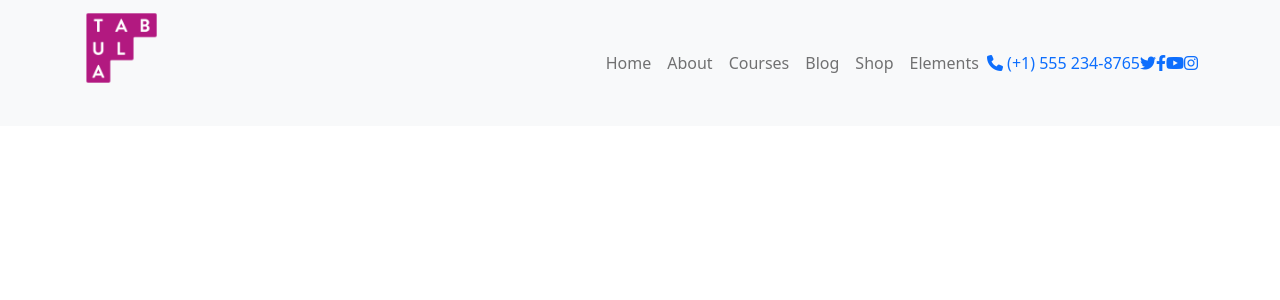
Repository: minhtrivu6199/tabula
Page: index.html
These files come from the project's save history. The page is drawn as it stood at one moment and after the next save; the edit follows.
The browser window is 1280 px wide. The pictures show the whole page.
Some web libraries are served in a nearby version. The style sheet was rebuilt from its Sass, Less or Tailwind sources for each picture, by a compiler version that may differ from the author's.

Above is the page before, as saved 2022-09-27 15:22:25.

### index.html
<!DOCTYPE html>
<html lang="en">
  <head>
    <title>Tabula</title>
    <link rel="shortcut icon" href="img/crest.png" type="image/x-icon" />
    <!-- Required meta tags -->
    <meta charset="utf-8" />
    <meta
      name="viewport"
      content="width=device-width, initial-scale=1, shrink-to-fit=no"
    />

    <!-- Font -->
    <link rel="preconnect" href="https://fonts.googleapis.com" />
    <link rel="preconnect" href="https://fonts.gstatic.com" crossorigin />
    <link
      href="https://fonts.googleapis.com/css2?family=Montserrat:wght@300;400;500;600;700&display=swap"
      rel="stylesheet"
    />

    <!-- Bootstrap CSS v5.2.0-beta1 -->
    <link
      rel="stylesheet"
      href="https://cdn.jsdelivr.net/npm/bootstrap@5.2.0/dist/css/bootstrap.min.css"
      integrity="sha384-gH2yIJqKdNHPEq0n4Mqa/HGKIhSkIHeL5AyhkYV8i59U5AR6csBvApHHNl/vI1Bx"
      crossorigin="anonymous"
    />

    <!-- FontAwesome 6.1.1 CSS -->
    <link
      rel="stylesheet"
      href="https://cdnjs.cloudflare.com/ajax/libs/font-awesome/6.1.1/css/all.min.css"
      integrity="sha512-KfkfwYDsLkIlwQp6LFnl8zNdLGxu9YAA1QvwINks4PhcElQSvqcyVLLD9aMhXd13uQjoXtEKNosOWaZqXgel0g=="
      crossorigin="anonymous"
      referrerpolicy="no-referrer"
    />

    <!-- CSS -->
    <link rel="stylesheet" href="./css/style.min.css" />
  </head>

  <body>
    <header class="header">
      <nav class="navbar navbar-expand-lg navbar-fixed-top bg-light">
        <div class="container">
          <div class="header-left">
            <a href="" class="navbar-brand logo">
              <img src="./img/crest.png" alt="" />
            </a>
          </div>
          <div class="header-right">
            <div class="header-menu d-xs-none">
              <ul class="navbar-nav menu">
                <li class="nav-item">
                  <a href="" class="nav-link"> Home </a>
                </li>
                <li class="nav-item">
                  <a href="" class="nav-link"> About </a>
                </li>
                <li class="nav-item">
                  <a href="" class="nav-link"> Courses </a>
                </li>
                <li class="nav-item">
                  <a href="" class="nav-link"> Blog </a>
                </li>
                <li class="nav-item">
                  <a href="" class="nav-link"> Shop </a>
                </li>
                <li class="nav-item">
                  <a href="" class="nav-link"> Elements </a>
                </li>
              </ul>
            </div>
            <div class="header-right-inner">
              <div class="header-btn">
                <a href="" class="btn-default btn-border btn-violet">
                  <span class="btnWidgetIcon">
                    <i class="fa fa-phone"></i>
                  </span>
                  <span class="btnWidgetText"> (+1) 555 234-8765 </span>
                </a>
              </div>
              <a href="" class="iconWidget">
                <div class="btnWidgetIcon">
                  <i class="fab fa-twitter"></i>
                </div>
              </a>
              <a href="" class="iconWidget">
                <div class="btnWidgetIcon">
                  <i class="fab fa-facebook-f"></i>
                </div>
              </a>
              <a href="" class="iconWidget">
                <div class="btnWidgetIcon">
                  <i class="fab fa-youtube"></i>
                </div>
              </a>
              <a href="" class="iconWidget">
                <div class="btnWidgetIcon">
                  <i class="fab fa-instagram"></i>
                </div>
              </a>
            </div>
          </div>
        </div>
      </nav>
    </header>
    <!-- Bootstrap JavaScript Libraries -->
    <script
      src="https://cdn.jsdelivr.net/npm/@popperjs/core@2.11.5/dist/umd/popper.min.js"
      integrity="sha384-Xe+8cL9oJa6tN/veChSP7q+mnSPaj5Bcu9mPX5F5xIGE0DVittaqT5lorf0EI7Vk"
      crossorigin="anonymous"
    ></script>

    <script
      src="https://cdn.jsdelivr.net/npm/bootstrap@5.2.0/dist/js/bootstrap.min.js"
      integrity="sha384-ODmDIVzN+pFdexxHEHFBQH3/9/vQ9uori45z4JjnFsRydbmQbmL5t1tQ0culUzyK"
      crossorigin="anonymous"
    ></script>
  </body>
</html>

### scss/style.scss
* {
    margin: 0;
    padding: 0;
    box-sizing: border-box;
}

a {
    text-decoration: none;
}

.header {
    .navbar{
        .container {
            justify-content: space-between;
            .header-left {
                .logo {
                    img {
                        width: 80px;
                        display: block;
                    }
                }
            }

            .header-right {
                display: flex;
                justify-content: space-between;
                .header-menu {
                    .menu {
                        .nav-items {
                            .nav-link {
                                padding-right: 50px !important;
                            }
                        }
                    }
                }

                .header-right-inner {
                    display: flex;
                    line-height: 38px;
                    align-items: center;
                    vertical-align: middle;
                    font-size: 16px;
                    .header-btn {

                    }

                    .iconWidget {

                    }
                }
            }
        }
    }
}

After the next save:
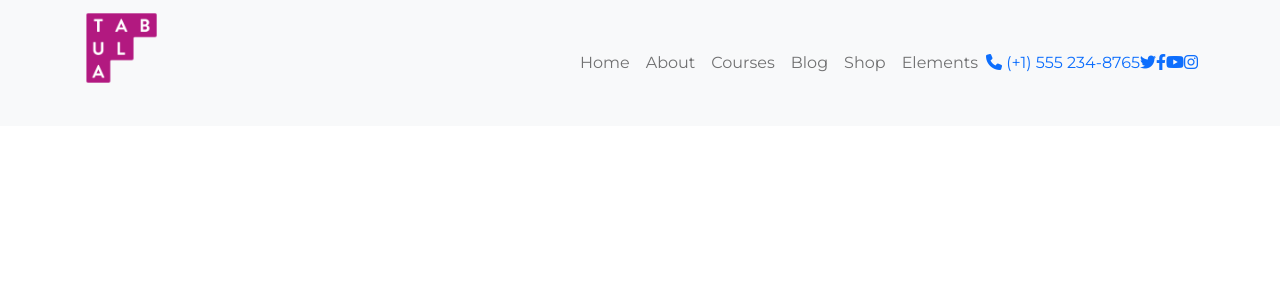
Saved 25 s later.
--- a/scss/style.scss
+++ b/scss/style.scss
@@ -2,6 +2,10 @@
     margin: 0;
     padding: 0;
     box-sizing: border-box;
+}
+
+html, body {
+    font-family: 'Montserrat', sans-serif;
 }
 
 a {
@@ -28,7 +32,7 @@
                     .menu {
                         .nav-items {
                             .nav-link {
-                                padding-right: 50px !important;
+
                             }
                         }
                     }
